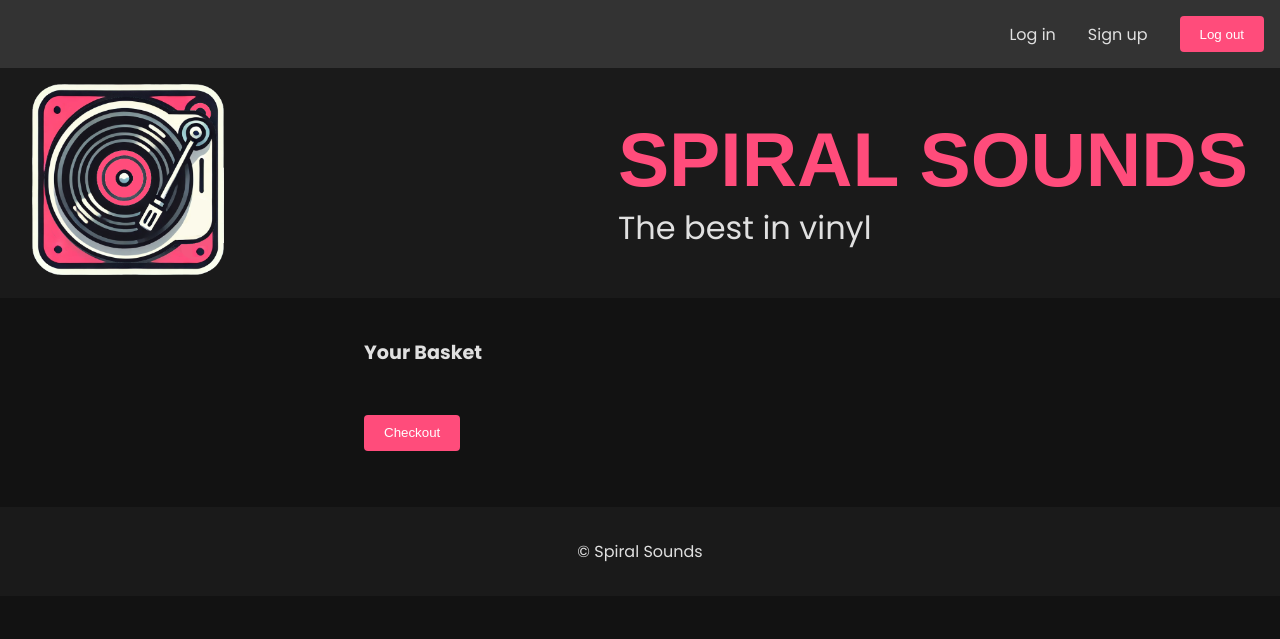
Repository: bharathabhi46/ONLINE-VINYL-STORE
Page: public/cart.html
An editor plug-in stored every save of this project. The page is shown before and after the next save, followed by the edit.
The browser window is 1280 px wide. The pictures show the whole page.
The page's requests for data from a server got no answer. Some web fonts or font styles are not loaded; a fallback is used.

Above is the page before, as saved 2025-12-13 11:17:26.

After the next save:
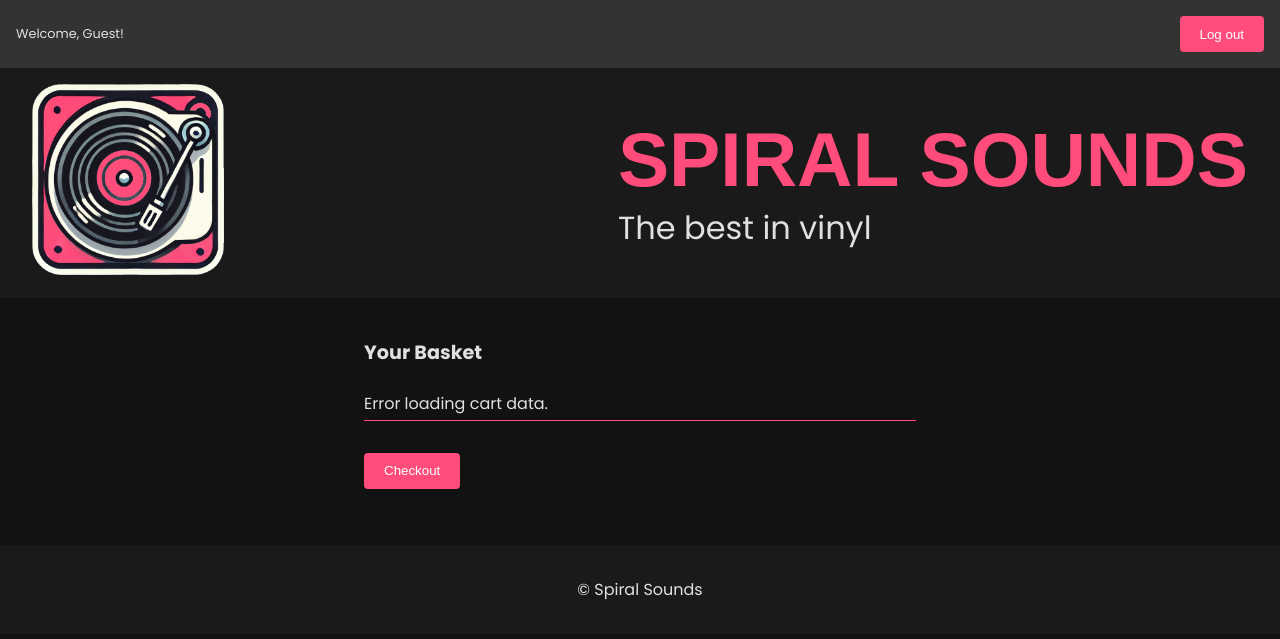
Saved 2 min 12 s later.
--- a/public/js/cart.js
+++ b/public/js/cart.js
@@ -1,34 +1,34 @@
-import { logout } from './logout.js'
-import { checkAuth, renderGreeting, showHideMenuItems } from './authUI.js'
-import { loadCart, removeItem, removeAll } from './cartService.js'
+import { logout } from "./logout.js";
+import { checkAuth, renderGreeting, showHideMenuItems } from "./authUI.js";
+import { loadCart, removeItem, removeAll } from "./cartService.js";
 
 const dom = {
-  checkoutBtn: document.getElementById('checkout-btn'),
-  userMessage: document.getElementById('user-message'),
-  cartList: document.getElementById('cart-list'),
-  cartTotal: document.getElementById('cart-total')
+  checkoutBtn: document.getElementById("checkout-btn"),
+  userMessage: document.getElementById("user-message"),
+  cartList: document.getElementById("cart-list"),
+  cartTotal: document.getElementById("cart-total"),
+};
+
+document.getElementById("logout-btn").addEventListener("click", logout);
+
+dom.cartList.addEventListener("click", (event) => {
+  if (event.target.matches(".remove-btn")) {
+    removeItem(event.target.dataset.id, dom);
+  }
+});
+
+dom.checkoutBtn.addEventListener("click", () => {
+  removeAll(dom);
+  dom.userMessage.textContent = "Your order has been sent for processing.";
+  dom.checkoutBtn.classList.add("visually-hidden");
+  dom.cartTotal.classList.add("visually-hidden");
+});
+
+async function init() {
+  loadCart(dom);
+  const username = await checkAuth();
+  renderGreeting(username);
+  showHideMenuItems(username);
 }
 
-document.getElementById('logout-btn').addEventListener('click', logout)
-
-dom.cartList.addEventListener('click', event => {
-  if (event.target.matches('.remove-btn')) {
-    removeItem(event.target.dataset.id, dom)
-  }
-})
-
-dom.checkoutBtn.addEventListener('click', () => {
-  removeAll(dom)
-  dom.userMessage.textContent = 'Your order has been sent for processing.'
-  dom.checkoutBtn.classList.add('visually-hidden')
-  dom.cartTotal.classList.add('visually-hidden')
-})
-
-async function init() {
-  // loadCart(dom)
-  // const username = await checkAuth()
-  // renderGreeting(username)
-  // showHideMenuItems(username)
-}
-
-init()
+init();
